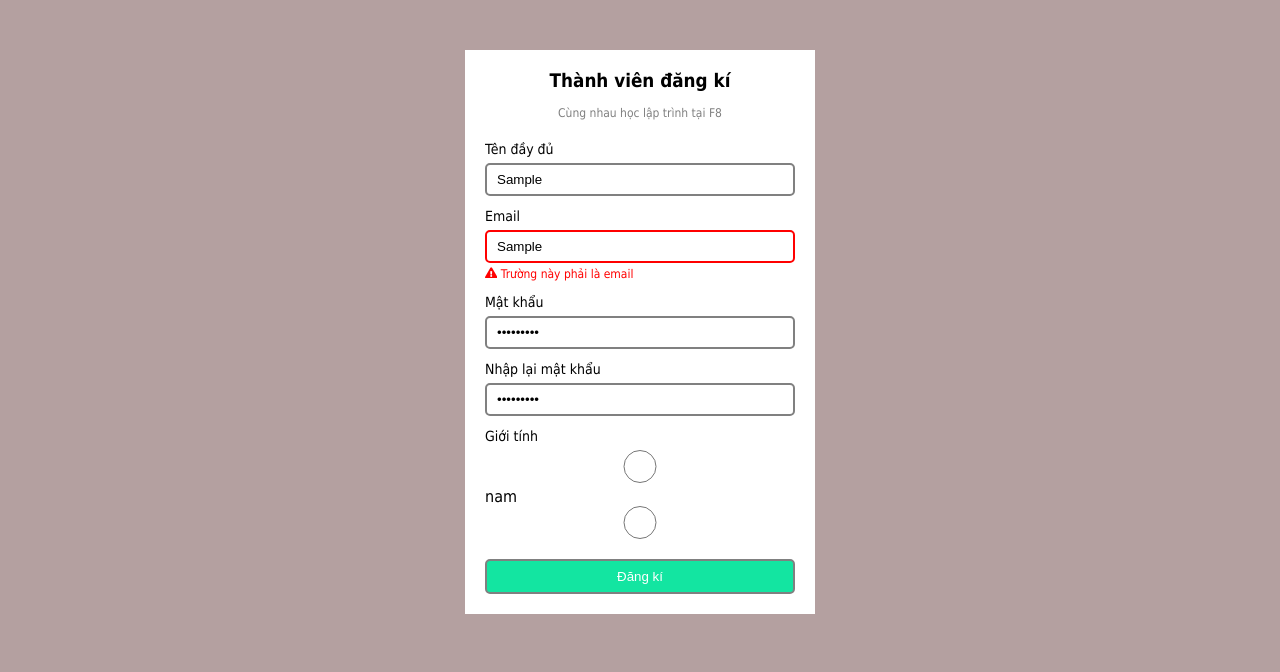
Repository: HuunvDev/Validator
Page: index.html
These files come from the project's save history. The page is drawn as it stood at one moment and after the next save; the edit follows.
The browser window is 1280 px wide. The pictures show the whole page.
Empty fields were first filled with sample values (such as "Sample", 5 or name@example.com).
After loading, the first visible `#form-1` was submitted once.
Some web libraries are served in a nearby version.

Above is the page before, as saved 2022-08-21 08:43:31.

### index.html
<!DOCTYPE html>
<html lang="en">
<head>
    <meta charset="UTF-8">
    <meta http-equiv="X-UA-Compatible" content="IE=edge">
    <meta name="viewport" content="width=device-width, initial-scale=1.0">
    <title>validator</title>
    <link rel="stylesheet" href="style.css">
    <link rel="stylesheet" href="https://use.fontawesome.com/releases/v5.1.1/css/all.css" integrity="sha384-O8whS3fhG2OnA5Kas0Y9l3cfpmYjapjI0E4theH4iuMD+pLhbf6JI0jIMfYcK3yZ" crossorigin="anonymous">
</head>
<body>
    <div class="main">
        <form action="" method="POST" class="form" id="form-1">
            <h3 class="heading">Thành viên đăng kí</h3>
            <p class="desc">Cùng nhau học lập trình tại F8</p>
            <div class="pacer"></div>
            <div class="form-group">
                <label for="fullName" class="form-lable">Tên đầy đủ</label><br>
                <input type="text" id="fullName" name="fullName" placeholder="Vd:nguyễn hữu"><br>
                <!-- <i class="fas fa-exclamation-triangle warning"></i> -->
                <span class="form-message">
                </span>
            </div>
            <div class="form-group">
                <label for="email" class="form-lable">Email</label><br>
                <input type="text" id="email" name="email" placeholder="Vd:email@gmail.com"><br>
                <span class="form-message"></span>
            </div>
            <div class="form-group">
                <label for="password" class="form-lable">Mật khẩu</label><br>
                <input type="password" id="password" name="password" placeholder="Vui lòng nhập mật khẩu"><br>
                <span class="form-message"></span>
            </div>
            <div class="form-group">
                <label for="password_confirmation" class="form-lable">Nhập lại mật khẩu</label><br>
                <input type="password" id="password_confirmation" name="password_confirmation" placeholder="Vui lòng nhập lại mật khẩu"><br>
                <span class="form-message"></span>
            </div>

            <div class="form-group">
                <label for="password_confirmation" class="form-lable">Giới tính</label><br>
                <input type="radio" name="gender" class="form-control"  value="female">nam<br>
                <input type="radio" name="gender" class="form-control" value="male"><br>
                <span class="form-message">nữ</span>
            </div>
                <!-- <input type="checkbox" name ="condition" id ="condition">
                <span class="agree">Đồng ý và chấp nhận điều khoản</span> -->


           <button class="form-submit" type="submit">Đăng kí</button>
        </form>
    </div>
    <script src="Validator.js"></script>
    <script>
        //mong muốn nhận được
        validator({
            form: '#form-1',
            formGroupSelector:'.form-group',
            errorSelector:'.form-message',
            rules: [
                validator.isRequired('#fullName','Vui lòng nhập tên đầy đủ'),
                validator.isRequired('input[name="gender"]'),
                validator.isEmail('#email'),
                validator.minLength('#password',6),
                validator.isRequired('#password_confirmation'),
                validator.isConfirmed('#password_confirmation', function(){
                    return document.querySelector('#form-1 #password').value;
                },'Giá trị nhập vào không chính xác'),
            ],
            onSubmit : function(data){
                console.log(data);
            }
        })
    </script>
</body>
</html>

### style.css

*{
    margin:0;
    padding:0;
    overflow: hidden;
    box-sizing: border-box;
}
body{
    background-color:rgb(180, 160, 160);
}
.main {
    width: 350px;
    box-shadow: 0 0 0 rgb(0 0 0 / 10%);
    margin: auto;
    margin-top: 50px;
    padding: 20px;
    background-color: #fff;
    font-family: tahoma;
}
h3.heading {
    text-align: center;
}
p.desc {
    text-align: center;
    font-size: 12px;
    color: grey;
    padding: 15px 0;
}
.form-group {
    padding: 6px 0;
}

label.form-lable {
    font-size: 14px;
    margin-bottom: -13px;
    display: block;
}
input {
    width:100%;
    height: 33px;
    outline: none;
    border:2px solid grey;
    padding: 0 10px;
    border-radius:5px;
}
input:hover{
    border-color: rgb(23 220 220);
}
button{
    padding:8px 0;
    width:100%;
    background-color: rgb(19 229 161);
    margin-top:10px;
    border-radius:5px;
    color:#fff;
    border:2px solid grey;
}
span.form-message {
    font-size: 12px;
}
.invalid input{
    border-color:red;
}
.invalid span.form-message{
    color:red;
}
.warning{
    font-size:11px;
    color:red;
}
input#condition {
    width: 11px;
}

span.agree {
    font-size: 13px;
    color: grey;
    position: absolute;
    transform: translateY(8px);
    padding: 0 5px;
}

### Validator.js
//constractor function
function validator(options){

    function getParent (element,selector){
        while(element.parentElement){
            if(element.parentElement.matches(selector)){
                return element.parentElement;
            }
            element = element.parentElement;
        }
    }
    var selectorRules ={};
//hàm thực hiên validate
    function validate(inputElement,rules){
        var errorElement = getParent(inputElement, options.formGroupSelector).querySelector(options.errorSelector);
        var errorMessage;
        //lấy ra các rules của selector
        var rules = selectorRules[rules.selector];
        //lặp qua từng rules và check
        //nếu có lỗi dừng việc kiểm tra
        for (var i = 0; i < rules.length;i++){
            switch(inputElement.type){
                case 'radio':
                case'checkbox':
                   errorMessage= rules[i](formElement.querySelector(rules.selector +':checked'));
                   break;
                   default:
                    errorMessage= rules[i](inputElement.value);
            }
            errorMessage= rules[i](inputElement.value);
            if(errorMessage) break;
        }
                //lấy value của ô input:inputElement.value;
                //test function : rules.test;
               // var errorMessage = rules.test(inputElement.value);
                //lấy ra thẻ cha của nó từ thẻ con:inputElement.parentElement,
                //lấy ra  đúng phần tử con của thẻ to mà mình muốn lấy:
                //inputElement.parentElement.querySelector('form-message');
                if(errorMessage){
                 //errorElement.innerText = errorMessage;
                 errorElement.innerHTML = `<i class="fas fa-exclamation-triangle warning"></i> ${errorMessage}`;
                 getParent(inputElement, options.formGroupSelector).classList.add('invalid');
                }else{
                 errorElement.innerText = " ";
                 getParent(inputElement, options.formGroupSelector).classList.remove('invalid');
                }

                return !errorMessage;
    }
    //lấy element của form cần validate
    var formElement = document.querySelector(options.form);

    if(formElement){
        //loại bỏ hành vi mặc định của submit
        formElement.onsubmit = function(e){
            e.preventDefault();

            var isFormValid = true;
            //thực hiện lặp qua từng rules và validate
            options.rules.forEach( function (rules){
                var inputElement = formElement.querySelector(rules.selector);
                 var isValid = validate(inputElement,rules);
                 if(!isValid){
                    isFormValid =  false;
                 }
            });

            if(isFormValid){
                //trường hợp submit với js
             if( typeof options.onSubmit ==='function'){
                var enableInputs = formElement.querySelectorAll('[name]:not([disabled])');//lấy ra tất cả các phần tử có attribute là name và ko lấy các phần tử  bị disabled( có nghĩa là bị ẩn đi ko cho người dùng tương tác);
                var formValues = Array.from(enableInputs).reduce(function(values,input){
                    values[input.name] = input.value;
                    return  values;
                },{});
                options.onSubmit(formValues);
             }//trường hợp submit mặc định của trình duyệt
             else{
                formElement.submit();
             }
            }
        }
        //lặp qua mỗi rules và lắng nghe sự kiện
       options.rules.forEach( function (rules){
        //lưu lại các rules cho mỗi input
        if(Array.isArray( selectorRules[rules.selector])){
            selectorRules[rules.selector].push( rules.test);
        }else{
            selectorRules[rules.selector] = [rules.test];
        }

        var inputElement = formElement.querySelector(rules.selector);
        if(inputElement){
            //xử lí trường hợp blur khỏi thẻ input
            inputElement.onblur = function(){
               validate(inputElement,rules);
            }

            // xử lí khi người dùng nhập dữ liệu
            inputElement.oninput = function(){
                var errorElement = inputElement.parentElement.querySelector(options.errorSelector);
                errorElement.innerText = " ";
                getParent(inputElement, options.formGroupSelector).classList.remove('invalid');
            }
        }
       });
    }
}
//định nghĩa các rules
//nguyên tắc của các rules:
//1.khi có lỗi thì trả ra message lỗi
//2.khi hợp lệ thì clear lỗi
validator.isRequired = function (selector,message){
    return {
        selector: selector,
        test: function (value){
            return value ? undefined : message || "Vui lòng nhập trường này";
        }
    }
}
validator.isEmail = function (selector,message){
    return {
        selector: selector,
        test: function (value){
            var regex = /^\w+([\.-]?\w+)*@\w+([\.-]?\w+)*(\.\w{2,3})+$/;
            return regex.test(value)? undefined : message ||"Trường này phải là email";
        }
    }
}

validator.minLength = function (selector,min,message){
    return {
        selector: selector,
        test: function (value){
            return value.length >= min ? undefined :message ||`Vui lòng nhập tối thiểu ${min} kí tự`;
        }
    }
}

validator.isConfirmed = function(selector,getConfirmValue,message){
    return {
        selector:selector,
        test : function(value){
            return value === getConfirmValue() ? undefined : message ||'Mật khẩu nhập lại không chính xác';
        }
    }
}

After the next save:
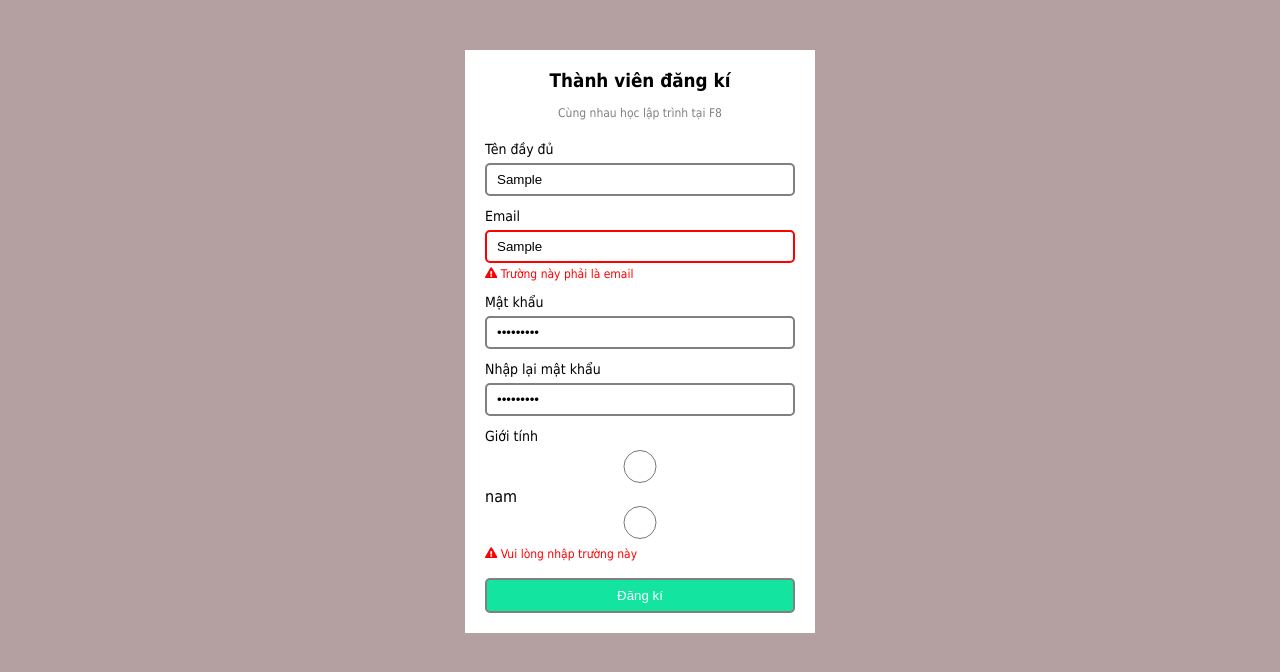
Saved 4 min 28 s later.
--- a/Validator.js
+++ b/Validator.js
@@ -27,7 +27,6 @@ function validator(options){
                    default:
                     errorMessage= rules[i](inputElement.value);
             }
-            errorMessage= rules[i](inputElement.value);
             if(errorMessage) break;
         }
                 //lấy value của ô input:inputElement.value;
